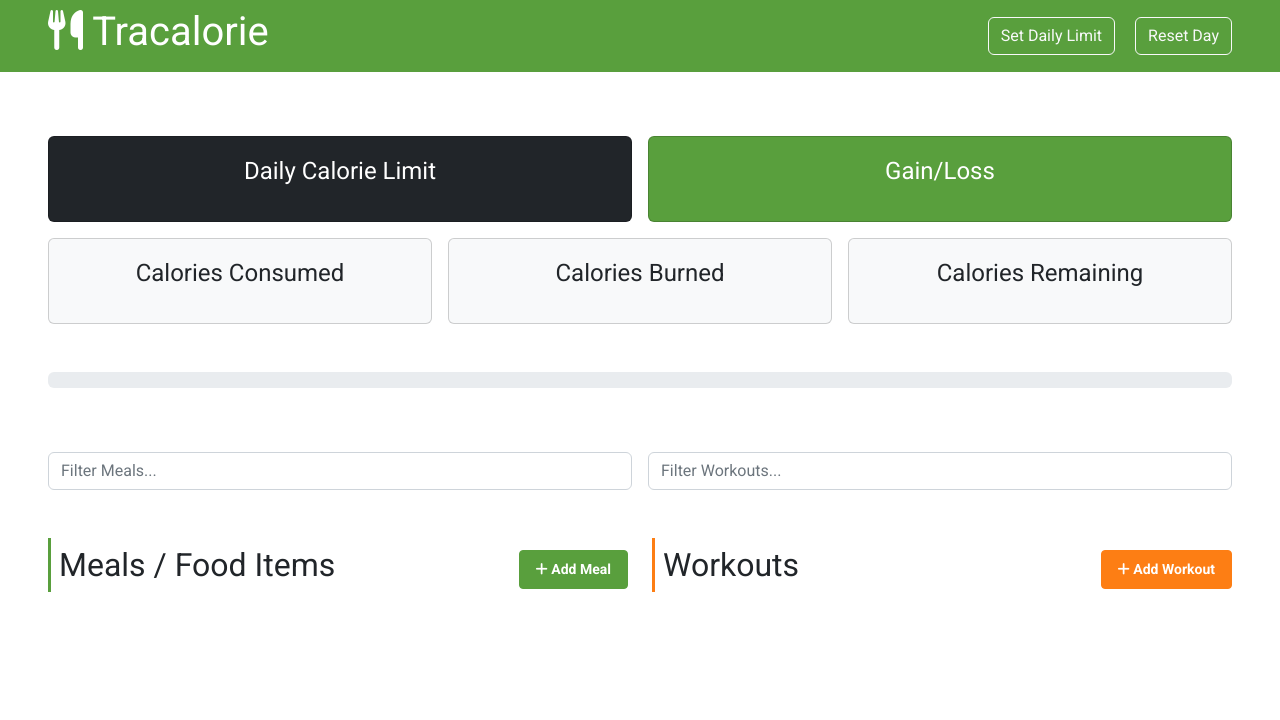
Repository: Ahmed-yasser-66/tracalorie-app
Page: index.html
The author's editor kept a copy of each file at every save. The page is drawn from the files as they stood at one save, then again after the next save.
The browser window is 1280 px wide. The pictures show the whole page.

Above is the page before, as saved 2023-07-21 11:54:17.
Console error: TypeError: Storage.getWorkouts is not a function

After the next save:
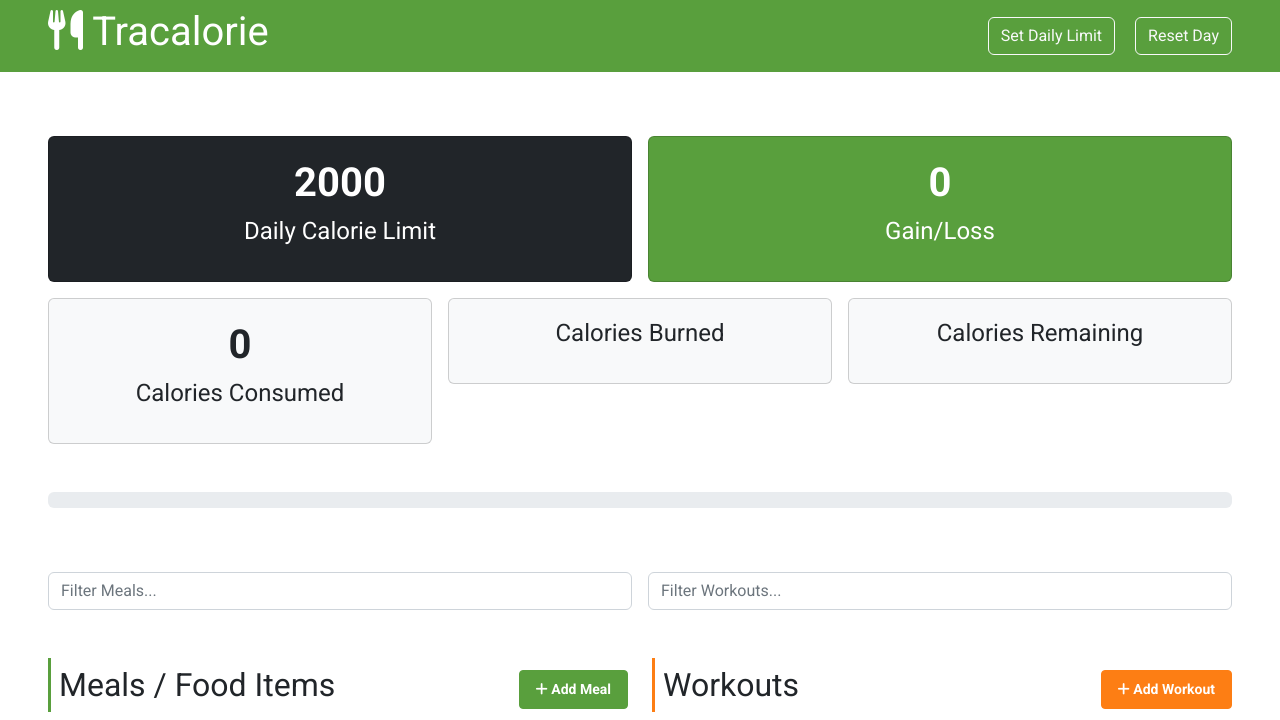
Console error: TypeError: Cannot read properties of undefined (reading 'reduce')
Saved 73 s later.
--- a/js/app.js
+++ b/js/app.js
@@ -3,7 +3,7 @@ class CalorieTracker {
     this._calorieLimit = Storage.getCalorieLimit();
     this._totalCalories = Storage.getTotalCalories(0);
     this._meals = Storage.getMeals();
-    this._workouts = Storage.getWorkouts();
+    // this._workouts = Storage.getWorkouts();
 
     this._displayCaloriesLimit();
     this._displayCaloriesTotal();
@@ -30,7 +30,7 @@ class CalorieTracker {
     this._workouts.push(workout);
     this._totalCalories -= workout.calories;
     Storage.updateTotalCalories(this._totalCalories);
-    Storage.saveWorkout(workout);
+    // Storage.saveWorkout(workout);
     this._displayNewWorkout(workout);
     this._render();
   }
@@ -267,24 +267,24 @@ class Storage {
     localStorage.setItem('meals', JSON.stringify(meals));
   }
 
-  static getWorkout() {
-    let workouts;
-
-    if (localStorage.getItem('workouts') === null) {
-      workouts = [];
-    } else {
-      workouts = JSON.parse(localStorage.getItem('workouts'));
-    }
-
-    return workouts;
-  }
-
-  static saveWorkout(workout) {
-    const workouts = Storage.getWorkout();
-    workouts.push(workout);
-
-    localStorage.setItem('workouts', JSON.stringify(workouts));
-  }
+  // static getWorkout() {
+  //   let workouts;
+
+  //   if (localStorage.getItem('workouts') === null) {
+  //     workouts = [];
+  //   } else {
+  //     workouts = JSON.parse(localStorage.getItem('workouts'));
+  //   }
+
+  //   return workouts;
+  // }
+
+  // static saveWorkout(workout) {
+  //   const workouts = Storage.getWorkout();
+  //   workouts.push(workout);
+
+  //   localStorage.setItem('workouts', JSON.stringify(workouts));
+  // }
 }
 
 class App {
